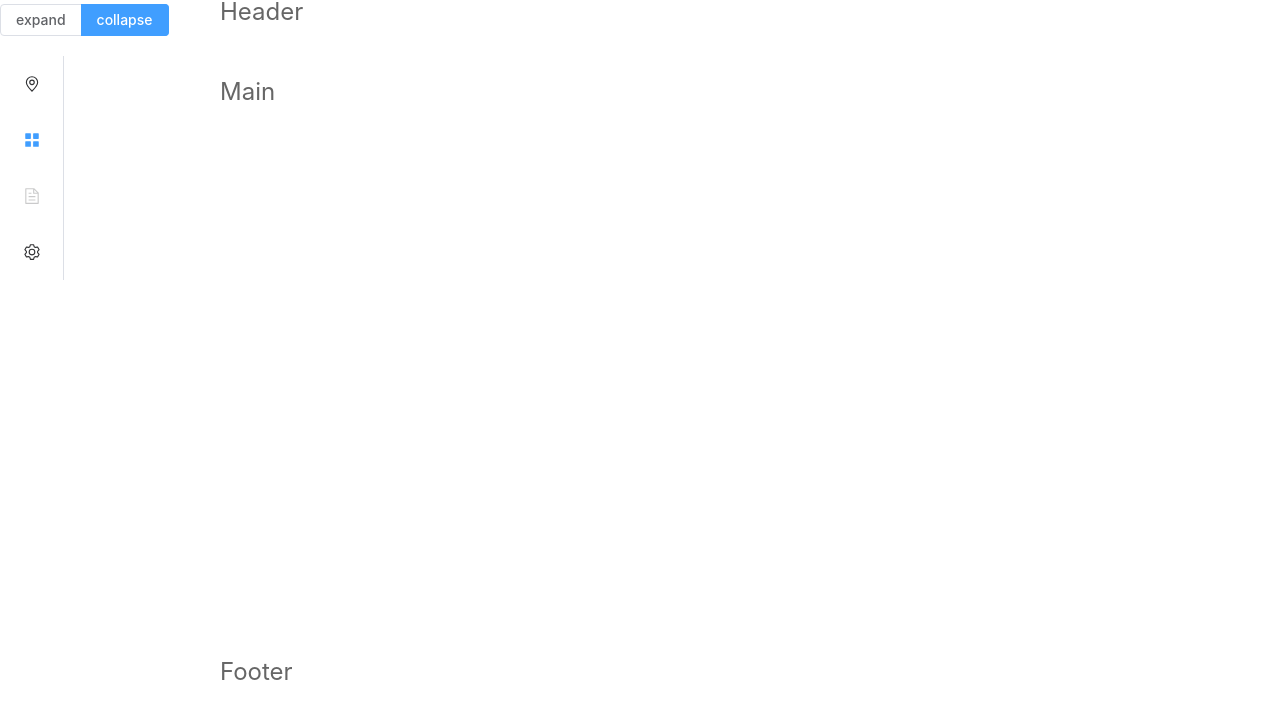
Repository: LeeypOR/management-system
Page: /
The author's editor kept a copy of each file at every save. The page is drawn from the files as they stood at one save, then again after the next save.
The browser window is 1280 px wide. The pictures show the whole page.
The project was rebuilt for these pictures with package versions that can differ from the ones it lists, and the page was loaded fresh each time. Also part of the build but not shown: vite.config.ts.

Above is the page before, as saved 2023-02-27 12:25:41.
Console error: SyntaxError: Cannot use import statement outside a module

### index.html
<!DOCTYPE html>
<html lang="en">
  <head>
    <meta charset="UTF-8" />
    <link rel="icon" type="image/svg+xml" href="/vite.svg" />
    <script text="module" charset="UTF-8" src="./src/three.js/Three.js"></script>
    <meta name="viewport" content="width=device-width, initial-scale=1.0" />
    <title>Vite + Vue + TS</title>
  </head>
  <body>
    <div id="app" style="width: 100%;height: 100%;"></div>
    <script type="module" src="/src/main.ts"></script>
  </body>
</html>

### src/main.ts
import { createApp } from 'vue'
import './style.css'
import App from './App.vue'

import ElementPlus from 'element-plus'
import 'element-plus/dist/index.css'

const app = createApp(App)
app.use(ElementPlus)

app.mount('#app')

### src/style.css
:root {
  font-family: Inter, Avenir, Helvetica, Arial, sans-serif;
  font-size: 24px;
  line-height: 24px;
  font-weight: 400;

  color-scheme: light dark;
  /* color: rgba(255, 255, 255, 0.87); */
  color: #666666;
  background-color: #fff;
  /* background-color: #242424; */

  font-synthesis: none;
  text-rendering: optimizeLegibility;
  -webkit-font-smoothing: antialiased;
  -moz-osx-font-smoothing: grayscale;
  -webkit-text-size-adjust: 100%;
}

body,div,dl,dt,dd,ul,ol,li,h1,h2,h3,h4,h5,h6,pre,
form,fieldset,input,textarea,p,blockquote,th,td {
padding: 0;
margin: 0;
}
table {
border-collapse: collapse;
border-spacing: 0;
}
fieldset,img {
border: 0;
}
address,caption,cite,code,dfn,em,strong,th,var {
font-weight: normal;
font-style: normal;
}
ol,ul {
list-style: none;
}
caption,th {
text-align: left;
}
h1,h2,h3,h4,h5,h6 {
font-weight: normal;
font-size: 100%;
}
q:before,q:after {
content:'';
}
abbr,acronym { border: 0;
}
body,html{
  height: 100%;
}

### src/App.vue


<template>
  <!-- <div class="base" v-for="item in Arr" :key="item">
    {{item.name}}
  </div> -->
  <!-- <HelloWorld></HelloWorld> -->
  <!-- <Watch></Watch> -->
  <Index></Index>
</template>

<script setup lang="ts">
// This starter template is using Vue 3 <script setup> SFCs
// Check out https://vuejs.org/api/sfc-script-setup.html#script-setup
// import HelloWorld from './components/HelloWorld.vue'
// import Watch from './components/Watch.vue'
import Index from './pages/index.vue'

</script>

<style scoped>
body{
  width: 100%;
  height: 100%;
}
#app{
  width: 100%;
  height: 100%;
}
.logo {
  height: 6em;
  padding: 1.5em;
  will-change: filter;
}
.logo:hover {
  filter: drop-shadow(0 0 2em #646cffaa);
}
.logo.vue:hover {
  filter: drop-shadow(0 0 2em #42b883aa);
}
</style>

### src/pages/index.vue
<template>
  <div class="common-layout">
    <el-container class="container">
      <el-aside width="200px">
        <Menu></Menu>
      </el-aside>
      <el-container >
        <el-header>Header</el-header>
        <el-main>Main</el-main>
        <el-footer>Footer</el-footer>
      </el-container>
    </el-container>
  </div>
</template>



<script setup lang="ts">
import Menu from './BasePage/Menu.vue'

</script>

<style lang="less"  scoped>
.common-layout{
  height: 100%;
}
:deep(.container){
  height: 100%;
}
</style>

### src/pages/BasePage/Menu.vue
<template>
  <div class="container">
    <el-radio-group v-model="isCollapse" style="margin-bottom: 20px">
      <el-radio-button :label="false">expand</el-radio-button>
      <el-radio-button :label="true">collapse</el-radio-button>
    </el-radio-group>
    <el-menu default-active="2" class="el-menu-vertical-demo" :collapse="isCollapse" @open="handleOpen"
      @close="handleClose">
      <el-sub-menu index="1">
        <template #title>
          <el-icon>
            <location />
          </el-icon>
          <span>Navigator One</span>
        </template>
        <el-menu-item-group>
          <template #title><span>Group One</span></template>
          <el-menu-item index="1-1">item one</el-menu-item>
          <el-menu-item index="1-2">item two</el-menu-item>
        </el-menu-item-group>
        <el-menu-item-group title="Group Two">
          <el-menu-item index="1-3">item three</el-menu-item>
        </el-menu-item-group>
        <el-sub-menu index="1-4">
          <template #title><span>item four</span></template>
          <el-menu-item index="1-4-1">item one</el-menu-item>
        </el-sub-menu>
      </el-sub-menu>
      <el-menu-item index="2">
        <el-icon><icon-menu /></el-icon>
        <template #title>Navigator Two</template>
      </el-menu-item>
      <el-menu-item index="3" disabled>
        <el-icon>
          <document />
        </el-icon>
        <template #title>Navigator Three</template>
      </el-menu-item>
      <el-menu-item index="4">
        <el-icon>
          <setting />
        </el-icon>
        <template #title>Navigator Four</template>
      </el-menu-item>
    </el-menu>
  </div>
</template>



<script setup lang="ts">
import {
  Document,
  Menu as IconMenu,
  Location,
  Setting,
} from '@element-plus/icons-vue'

const isCollapse = ref(true)
const handleOpen = (key: string, keyPath: string[]) => {
  console.log(key, keyPath)
}
const handleClose = (key: string, keyPath: string[]) => {
  console.log(key, keyPath)
}

</script>

<style lang="less"  scoped>
.el-menu-vertical-demo:not(.el-menu--collapse) {
  width: 200px;
  min-height: 400px;
}
</style>

Loaded but not shown: src/three.js/Three.js (library)

After the next save:
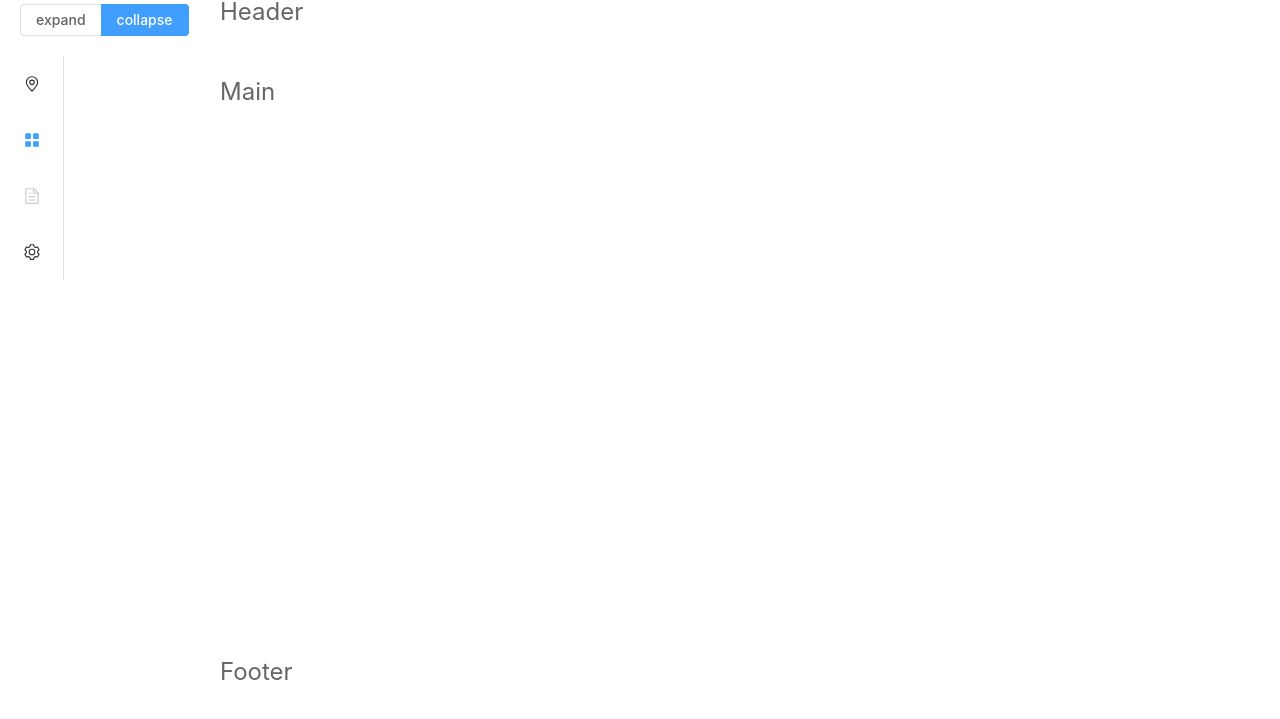
Saved 114 s later.
--- a/src/pages/BasePage/Menu.vue
+++ b/src/pages/BasePage/Menu.vue
@@ -70,5 +70,9 @@ const handleClose = (key: string, keyPath: string[]) => {
 .el-menu-vertical-demo:not(.el-menu--collapse) {
   width: 200px;
   min-height: 400px;
+  height: 90%;
+}
+.el-radio-group{
+  margin-left: 20px;
 }
 </style>
